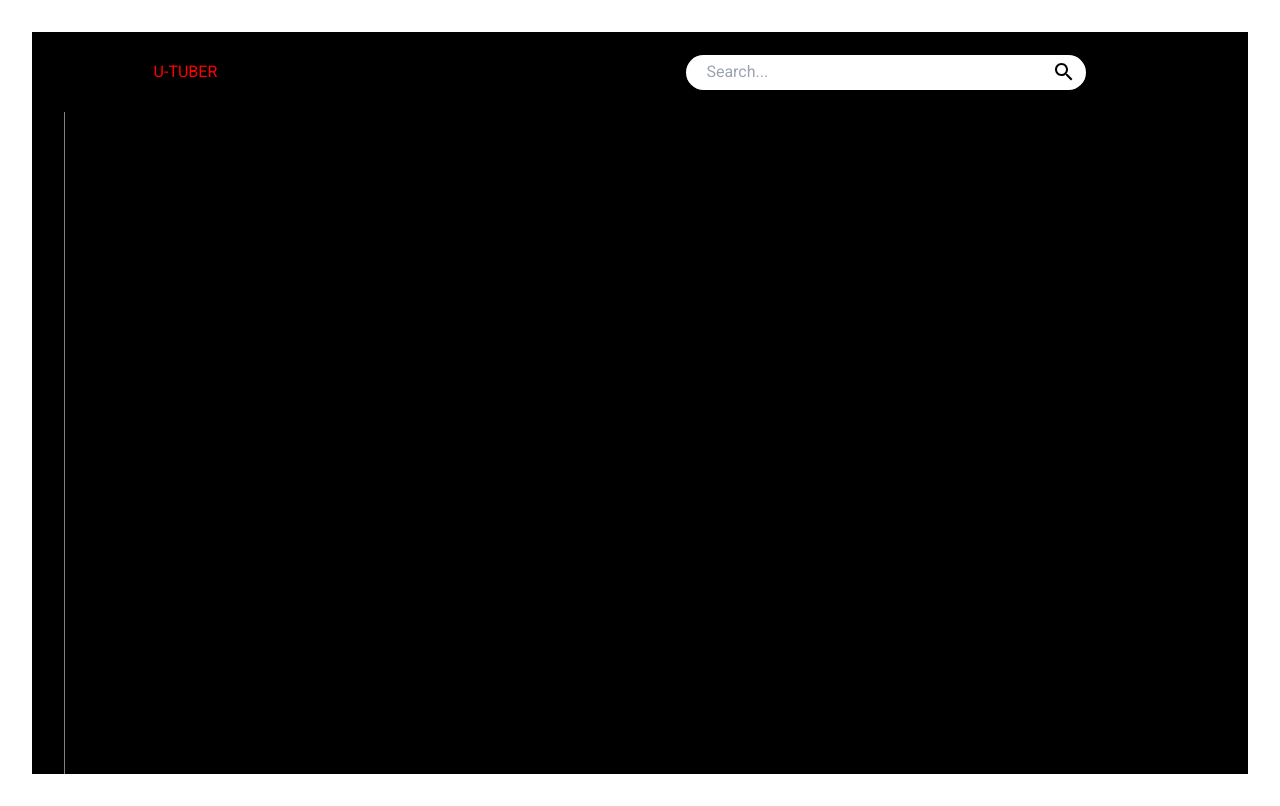
Repository: Nurlan-Bakenbaev/YoutubeClone
Page: /
These files come from the project's save history. The page is drawn as it stood at one moment and after a run of saves; the edit follows.
The browser window is 1280 px wide. The pictures show the whole page.
The project was rebuilt for these pictures with package versions that can differ from the ones it lists, and the page was loaded fresh each time. Also part of the build but not shown: vite.config.js, src/components/VideoDetails.jsx, src/components/SearchFeed.jsx, src/components/ChannelDetails.jsx.

Above is the page before, as saved 2023-09-06 09:34:48.

### index.html
<!DOCTYPE html>
<html lang="en">
  <head>
    <link
      rel="stylesheet"
      href="https://fonts.googleapis.com/icon?family=Material+Icons"
    />
    <link rel="preconnect" href="https://fonts.googleapis.com" />
    <link rel="preconnect" href="https://fonts.gstatic.com" crossorigin />
    <link
      rel="stylesheet"
      href="https://fonts.googleapis.com/css2?family=Roboto:wght@300;400;500;600;700&display=swap"
    />

    <meta charset="UTF-8" />
    <link rel="icon" type="image/svg+xml" href="/vite.svg" />
    <meta name="viewport" content="width=device-width, initial-scale=1.0" />
    <title>Youtube Clone</title>
  </head>
  <body>
    <div id="root"></div>
    <script type="module" src="/src/main.jsx"></script>
  </body>
</html>

### src/App.jsx
import "./App.css";
import { BrowserRouter, Routes, Route } from "react-router-dom";
import { Box } from "@mui/material";
import Navbar from './components/Navbar'
import Feed from './components/Feed'
import VideoDetails from './components/VideoDetails'
import SearchFeed from './components/SearchFeed'
import ChannelDetails from './components/ChannelDetails'


const App = () => (
  <BrowserRouter>
    <Box sx={{ backgroundColor: "#000" }}>
      <Navbar/>
      <Routes>
        <Route path="/" element={<Feed />} />
        <Route path="/video:id" element={<VideoDetails />} />
        <Route path="/channel:id" element={<ChannelDetails />} />
        <Route path="/search/:searchTerm" element={<SearchFeed />} />
      </Routes>
    </Box>
  </BrowserRouter>
);

export default App;

### src/index.css
@import "tailwindcss/base";
@import "tailwindcss/components";
@import "tailwindcss/utilities";


body {
  font-family: "Roboto", sans-serif;
  margin: 0;
  padding: 0;
  box-sizing: border-box;
}
a{
  color:inherit;
  text-decoration: none;
}

### src/components/Navbar.jsx
import { Stack } from "@mui/material";
import { Link } from "react-router-dom";
import SearchBar from "./SearchBar";

const Navbar = () => {
  return (
    <Stack
      direction="row"
      alignItems="center"
      sx={{
        position: "sticky",
        background: "black",
        top: "0",
        justifyContent: "space-between",
        height: "80px",
        margin:'0 auto',
        width:'80%'
      }}
    >
      <Stack
        sx={{
          display: "flex",
          flexDirection: "row",
          alignItems: "center",
          color: "red",
        }}
      >
        <Link className="uppercase" to={"/"}>
          U-tuber
        </Link>
      </Stack>
      <SearchBar />
    </Stack>
  );
};

export default Navbar;

### src/components/Feed.jsx
import React, { useState, useEffect } from "react";
import { Box, Stack, Typography } from "@mui/material";

const Feed = () => {
  return (
    <Stack sx={{ flexDirection: { sx: "column", md: "row" } }}>
      <Box
        sx={{
          height: { sx: "auto", md: "92vh" },
          borderRight: "1px solid gray", px:{sx:0,md:2}
        }}></Box>
    </Stack>
  );
};

export default Feed;

### src/components/SearchBar.jsx
import React from "react";
import { useState } from "react";
import { useNavigate } from "react-router-dom";
import { Paper, IconButton } from "@mui/material";
import SearchIcon from "@mui/icons-material/Search";
const SearchBar = () => {
  return (
    <Paper
      component="form"
      onSubmit={() => {}}
      sx={{
        borderRadius: "20px",
        pl: 2,
        boxShadow: "none",
        display: "flex",
        alignItems: "center",
        width: "400px",
        height: "35px",
        mr: { sm: 5 },
      }}
    >
      <input
        className="flex-1 p-1 outline-none"
        placeholder="Search..."
        type="text"
        onChange={() => {}}/>
      <IconButton type="submit" sx={{ p: "10px", color: "black" }}>
        <SearchIcon />
      </IconButton>
    </Paper>
  );
};

export default SearchBar;

Loaded but not shown: src/main.jsx (common file); src/App.css (common file); tailwind.config.js (common file)

After the next 2 saves:
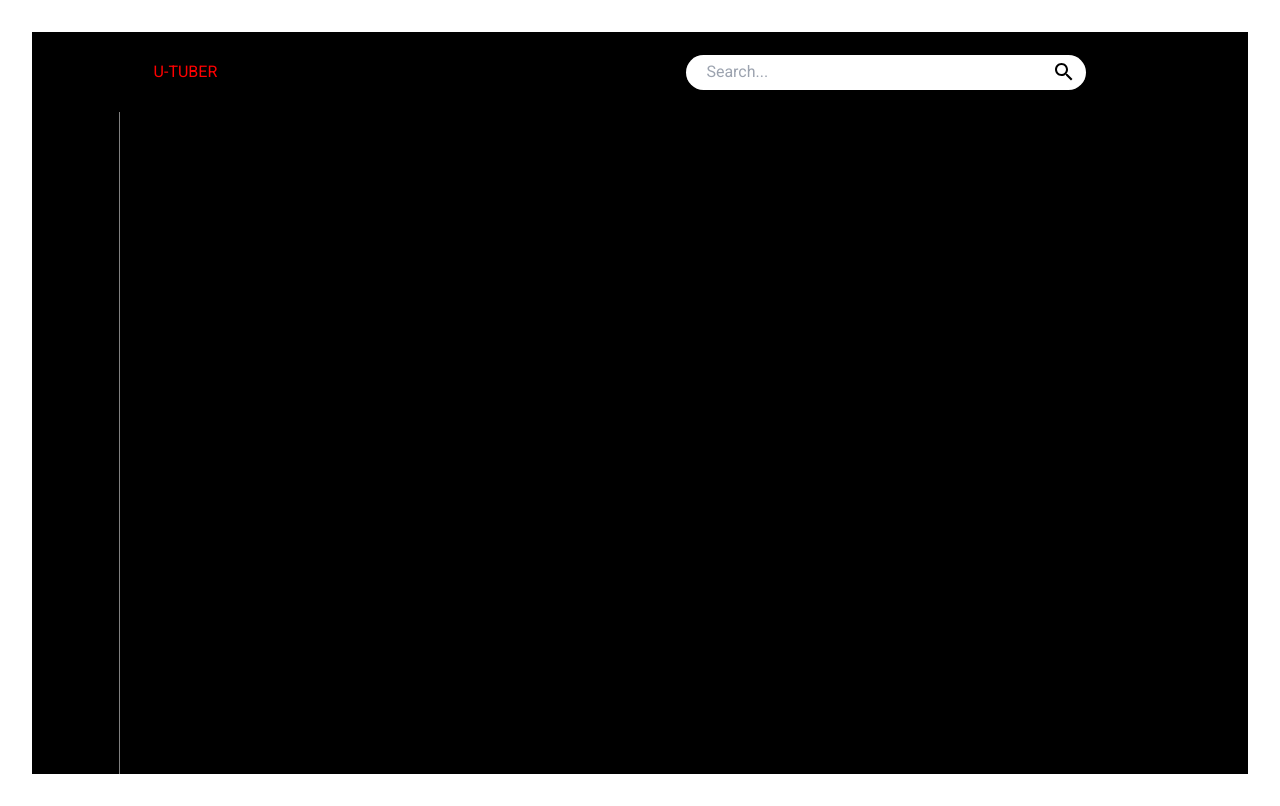
The 2 saves are shown as one change because they came seconds apart.
The last was saved 9 s later.
--- a/src/components/Feed.jsx
+++ b/src/components/Feed.jsx
@@ -8,7 +8,9 @@ const Feed = () => {
         sx={{
           height: { sx: "auto", md: "92vh" },
           borderRight: "1px solid gray", px:{sx:0,md:2}
-        }}></Box>
+        }}>
+          SideBar
+        </Box>
     </Stack>
   );
 };
